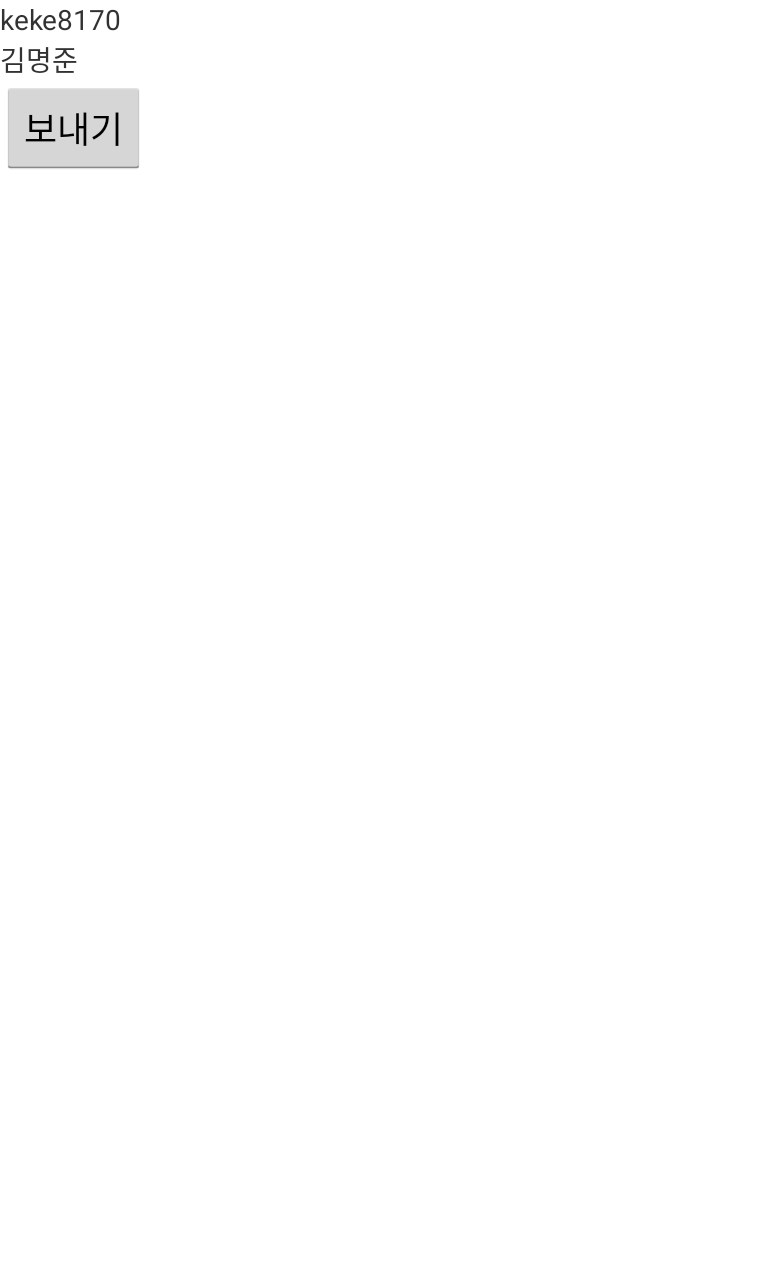
Repository: HSUmod/nanumi
Layout: Nanumi/res/layout/activity_main.xml
These files come from the project's save history. The layout is drawn as it stood at one moment and after a run of saves; the edit follows.
It is drawn on a 768 x 1280 px phone screen (xhdpi) without system bars, with theme AppTheme; the app's code is not run.

Above is the layout before, as saved 2015-11-11 05:26:18.

### Nanumi/res/layout/activity_main.xml
<LinearLayout xmlns:android="http://schemas.android.com/apk/res/android"
    xmlns:tools="http://schemas.android.com/tools"
    android:layout_width="match_parent"
    android:layout_height="match_parent"
    android:orientation="vertical"
    tools:context="com.example.nanumi.MainActivity" >

    <TextView
        android:id="@+id/user_id"
        android:layout_width="wrap_content"
        android:layout_height="wrap_content"
        android:text="keke8170" />

    <TextView
        android:id="@+id/user_name"
        android:layout_width="wrap_content"
        android:layout_height="wrap_content"
        android:text="김명준" />



    <Button
        android:id="@+id/sendBtn"
        android:layout_width="wrap_content"
        android:layout_height="wrap_content"
        android:text="보내기"

         />

</LinearLayout>

Loaded but not shown: Nanumi/res/values/styles.xml (common file); Nanumi/res/values-v11/styles.xml (common file); Nanumi/res/values-v14/styles.xml (common file)

After the next 2 saves:
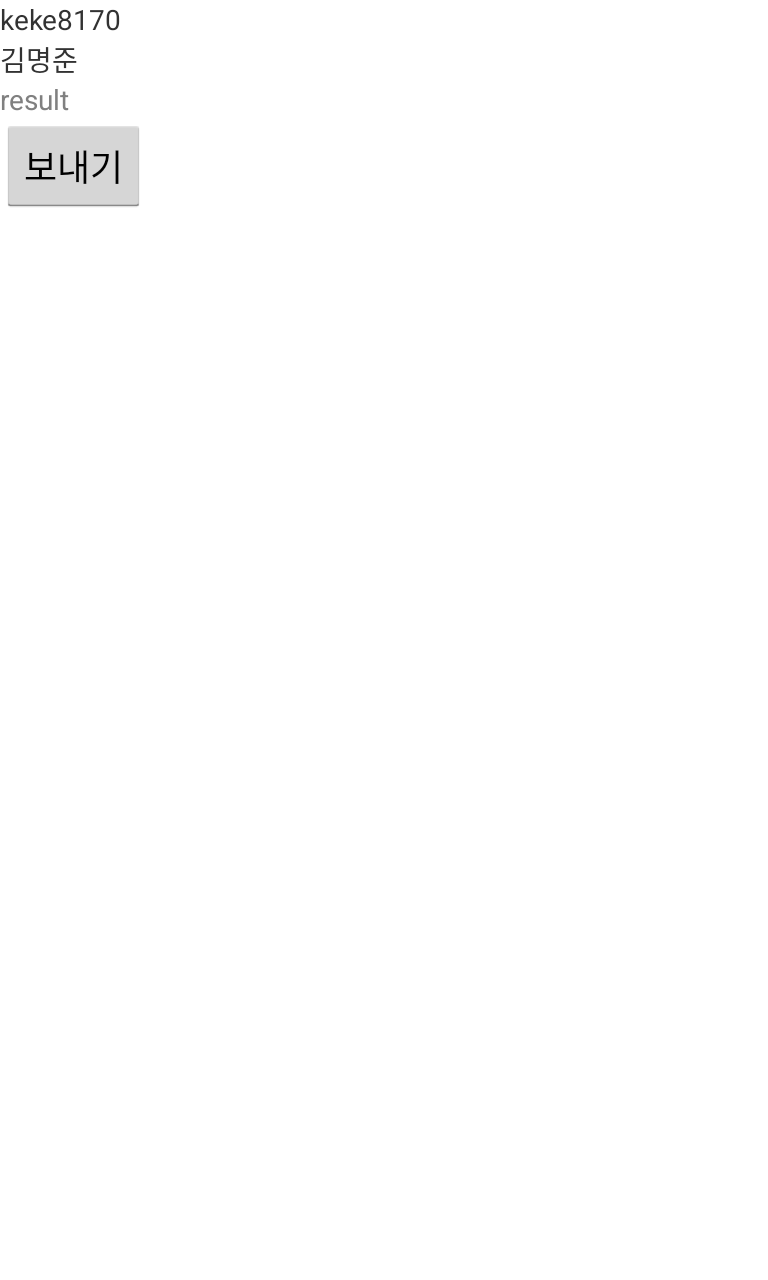
The 2 saves are shown as one change because they came seconds apart.
The last was saved 68 s later.
--- a/Nanumi/res/layout/activity_main.xml
+++ b/Nanumi/res/layout/activity_main.xml
@@ -17,14 +17,16 @@
         android:layout_height="wrap_content"
         android:text="김명준" />
 
-
+    <TextView
+        android:id="@+id/result"
+        android:layout_width="wrap_content"
+        android:layout_height="wrap_content"
+        android:hint="result" />
 
     <Button
         android:id="@+id/sendBtn"
         android:layout_width="wrap_content"
         android:layout_height="wrap_content"
-        android:text="보내기"
-
-         />
+        android:text="보내기" />
 
 </LinearLayout>
